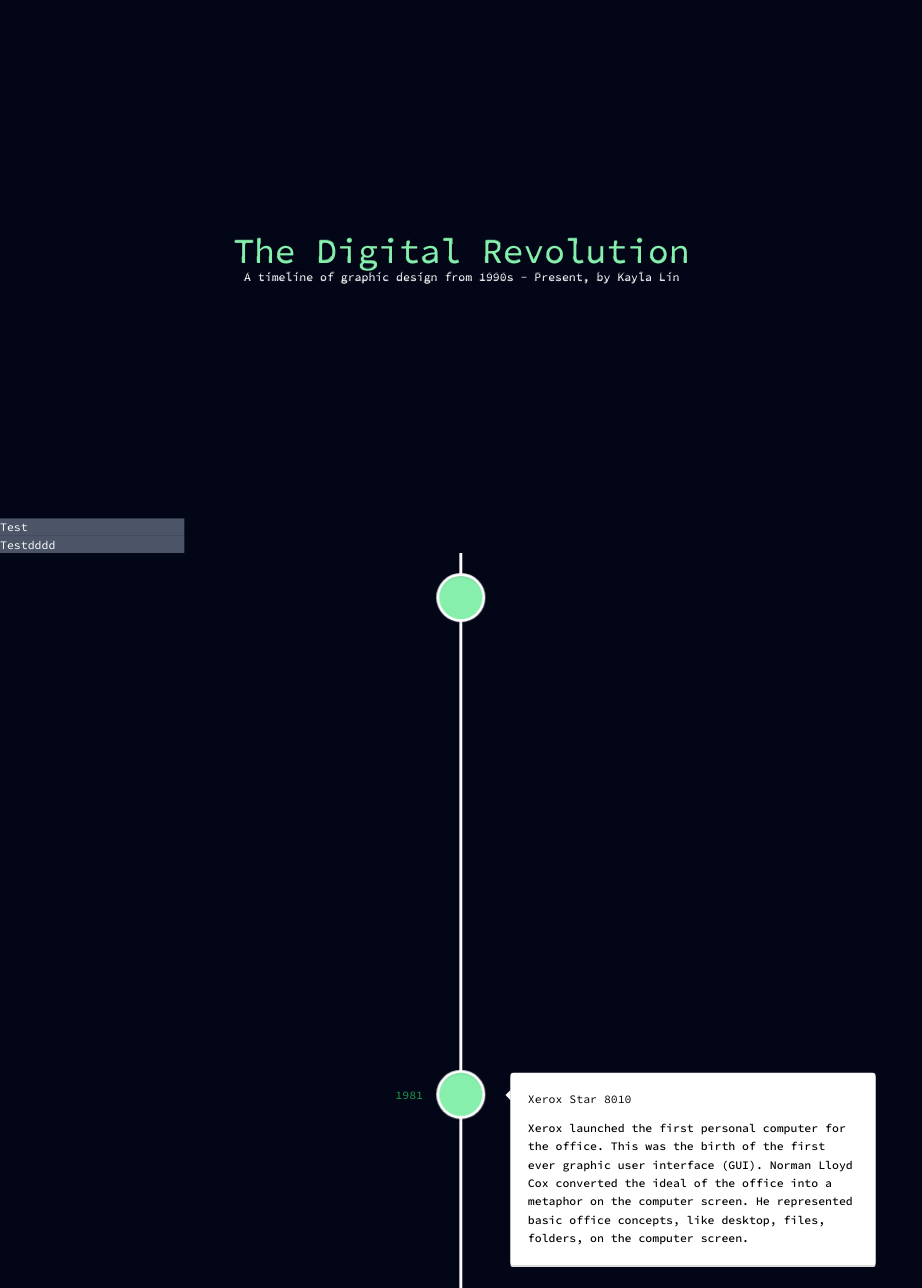
Repository: kayla-lin/graphic-design-timeline
Page: /
An editor plug-in stored every save of this project. The page is shown before and after a run of saves, followed by the edit.
The browser window is 1280 px wide. The pictures show the whole page, at 72% of full size.
The project was rebuilt for these pictures with package versions that can differ from the ones it lists, and the page was loaded fresh each time. The framework's server and built-in components were replaced by stand-ins that run in the browser. Also part of the build but not shown: next.config.js.

Above is the page before, as saved 2023-05-01 19:32:33.

After the next 2 saves:
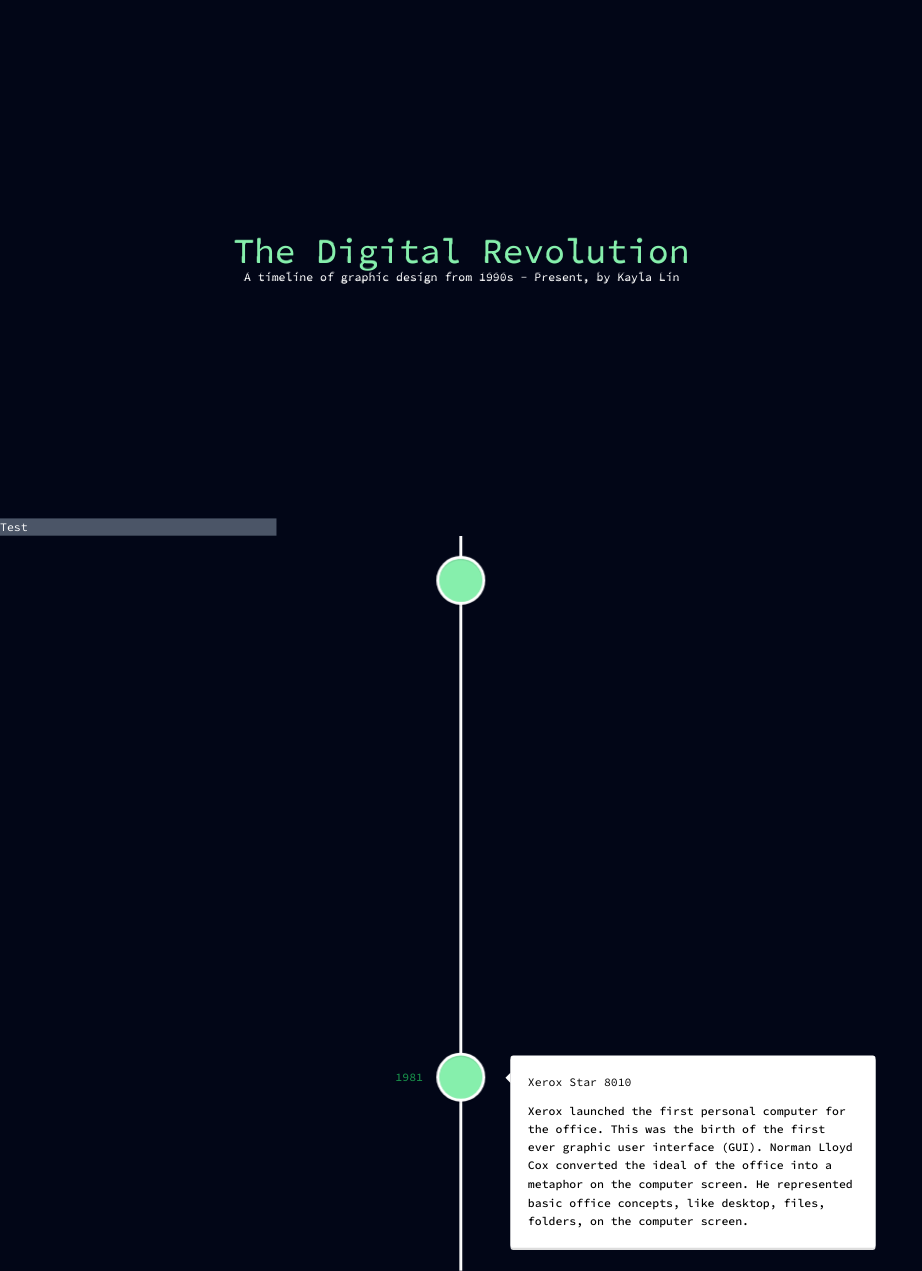
The 2 saves are shown as one change because they came seconds apart.
The last was saved 7 s later.
--- a/pages/index.tsx
+++ b/pages/index.tsx
@@ -14,12 +14,10 @@
   return (
     <main className={`${source.className} bg-slate-950`}>
       <Introduction />
-      <div className="w-64 text-white bg-slate-400 bg-opacity-50">
+      <div className="w-96 text-white bg-slate-400 bg-opacity-50">
         <h1>Test</h1>
       </div>
-      <div className="w-64 text-white bg-slate-400 bg-opacity-50">
-        <h1>Testdddd</h1>
-      </div>
+
       <VerticalTimeline>
         <TimelineElement
           title="Rise of Skeuomorphism"
